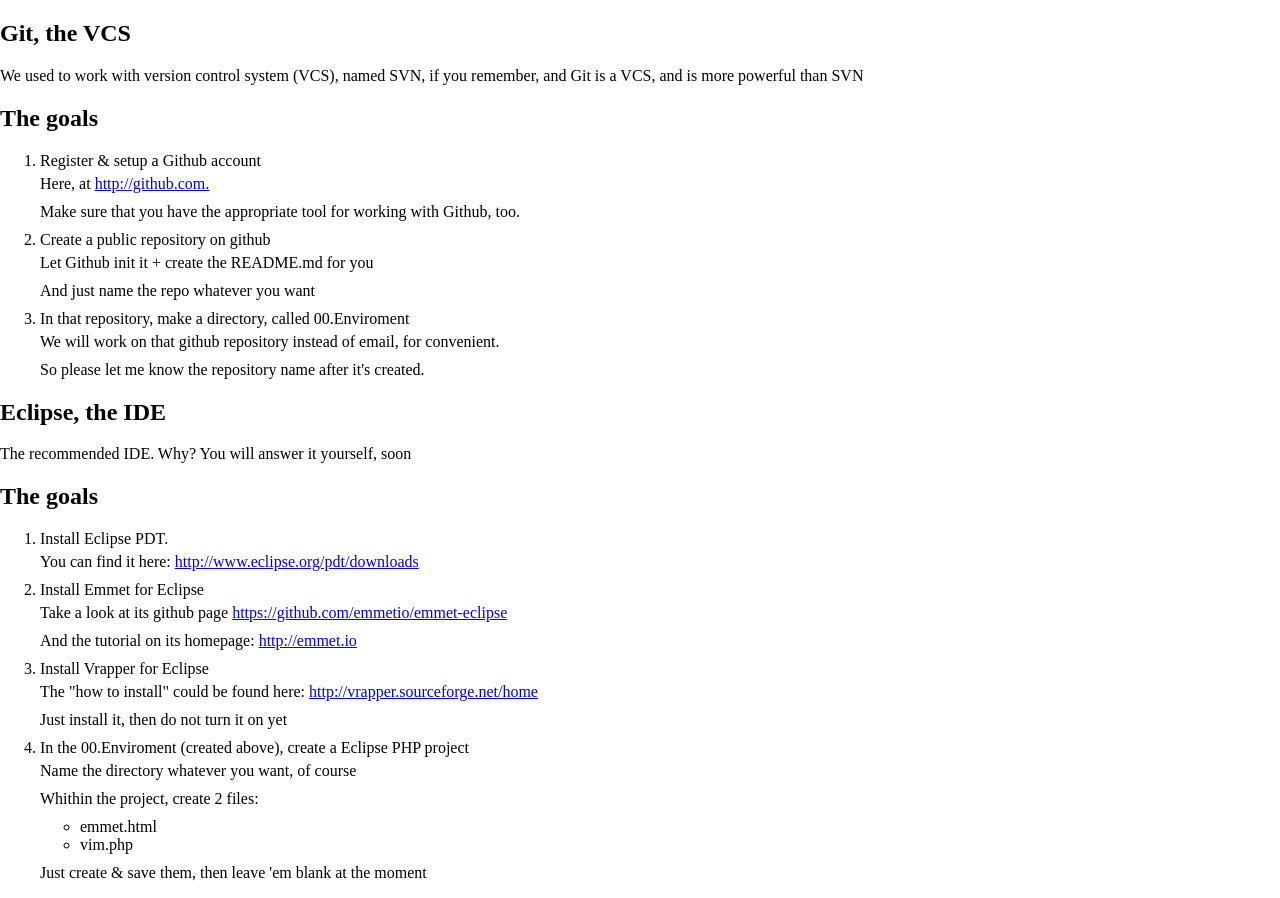
Repository: mrdo2010vn/00.enviroment
Page: 00.TestingEnviroment/emmet.html
These files come from the project's save history. The page is drawn as it stood at one moment and after the next save; the edit follows.
The browser window is 1280 px wide. The pictures show the whole page.

Above is the page before, as saved 2013-09-25 08:41:02.

After the next save:
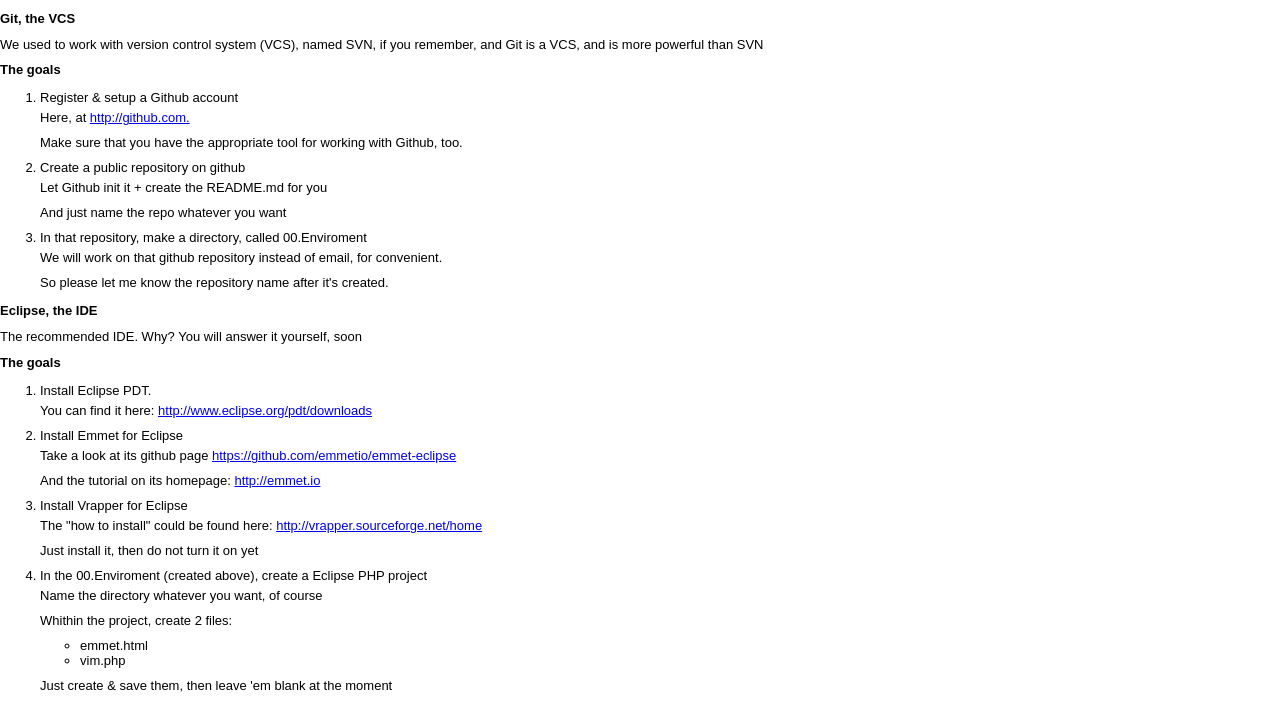
Saved 2 min 3 s later.
--- a/00.TestingEnviroment/css/style.css
+++ b/00.TestingEnviroment/css/style.css
@@ -11,3 +11,7 @@
 html {
     font-size: 100%;
 }
+* {
+	font-family: "Arial", sans-serif;
+	font-size: 13px;
+}
